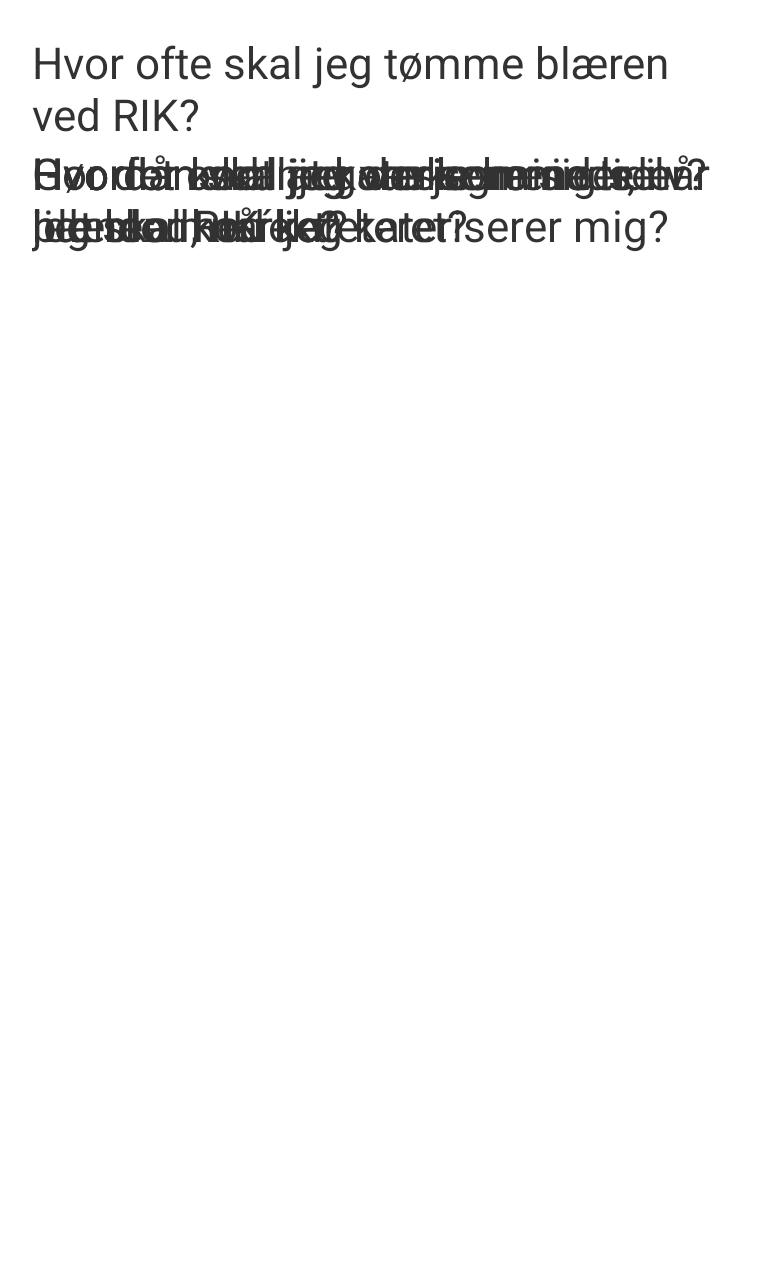
Repository: KingApollo/RIKapp2
Layout: RIKapp/res/layout/activity_information.xml
These files come from the project's save history. The layout is drawn as it stood at one moment and after the next save; the edit follows.
It is drawn on a 768 x 1280 px phone screen (xhdpi) without system bars, with theme android:Theme.Light.NoTitleBar; the app's code is not run.

Above is the layout before, as saved 2014-10-10 12:17:44.

After the next save:
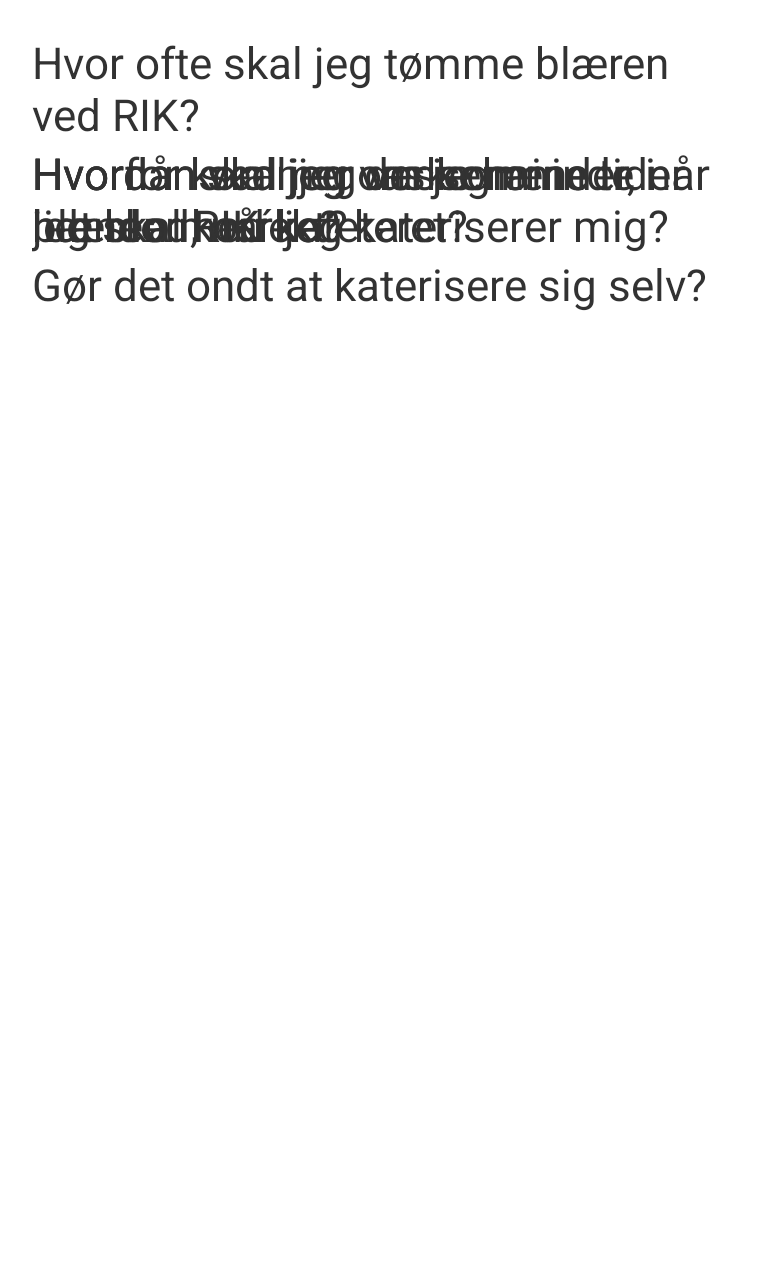
Saved 36 s later.
--- a/RIKapp/res/layout/activity_information.xml
+++ b/RIKapp/res/layout/activity_information.xml
@@ -34,7 +34,7 @@
     android:layout_width="wrap_content"
     android:layout_height="wrap_content"
     android:layout_alignLeft="@+id/tvHowOftenQuestion"
-    android:layout_below="@+id/tvHowOftenQuestion"
+    android:layout_below="@+id/tvWhenBladderQuestion"
     android:clickable="true"
     android:onClick="toggle_contents"
     android:text="@string/doesItHurtQuestion"
